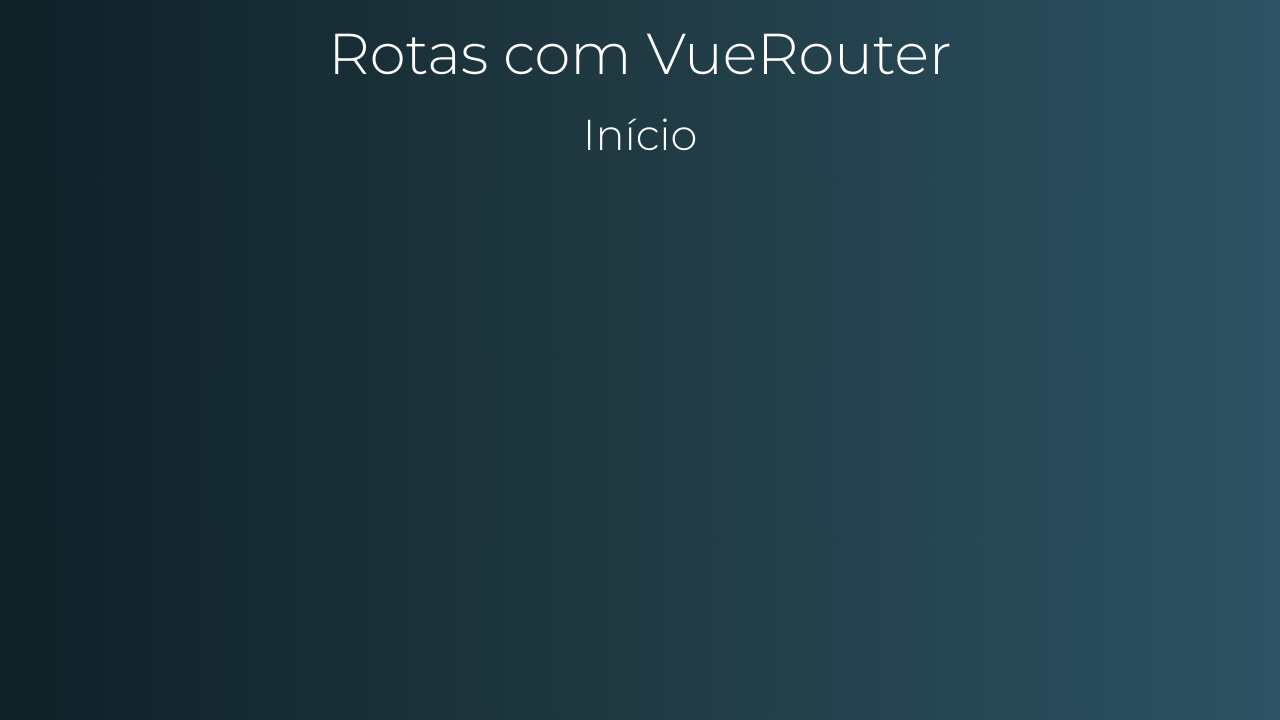
Repository: LucianoBitt/Curso_VueJS
Page: / (app in 14_rotas/rotas-exercicios/)
An editor plug-in stored every save of this project. The page is shown before and after the next save, followed by the edit.
The browser window is 1280 px wide. The pictures show the whole page.
The project was rebuilt for these pictures with package versions that can differ from the ones it lists, and the page was loaded fresh each time. Also part of the build but not shown: 14_rotas/rotas-exercicios/src/components/usuario/Usuario.vue.

Above is the page before, as saved 2024-01-30 15:03:43.

After the next save:
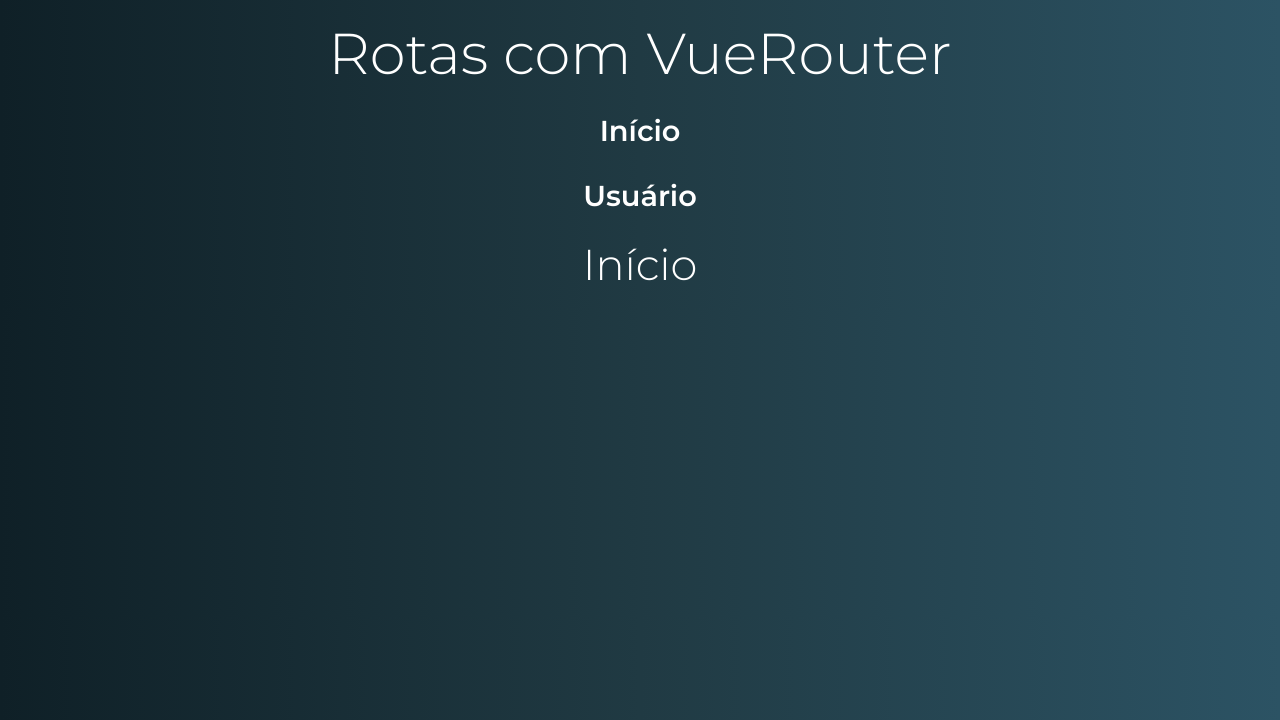
Saved 38 s later.
--- a/14_rotas/rotas-exercicios/src/App.vue
+++ b/14_rotas/rotas-exercicios/src/App.vue
@@ -1,6 +1,7 @@
 <template>
 	<div id="app">
 		<h1>Rotas com VueRouter</h1>
+		<Menu />
 		<router-view />
 	</div>
 </template>
